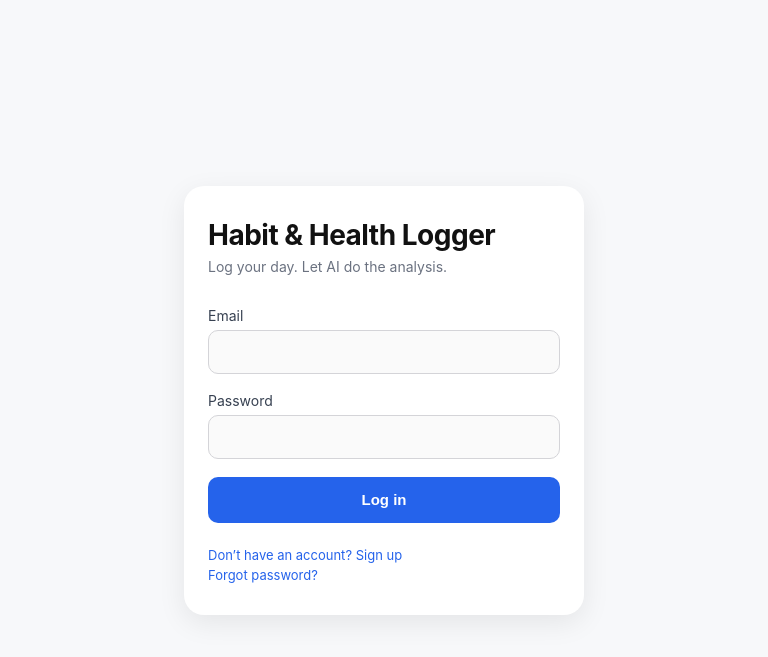
Repository: rawanwehbe6/habit-health-logger
Page: HHL-client/index.html
An editor plug-in stored every save of this project. The page is shown before and after the next save, followed by the edit.
The browser window is 768 px wide. The pictures show the whole page.

Above is the page before, as saved 2025-11-15 23:50:22.

After the next save:
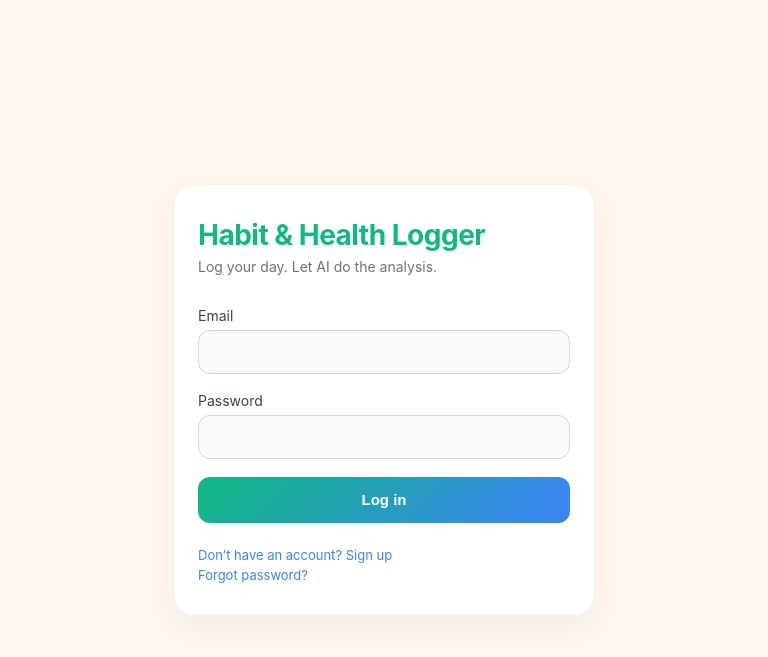
Saved 100 s later.
--- a/HHL-client/assets/css/style.css
+++ b/HHL-client/assets/css/style.css
@@ -1,6 +1,6 @@
-/* ------------------------------
+/* ---------------------------------------------------
    Base reset & typography
---------------------------------*/
+---------------------------------------------------*/
 
 *,
 *::before,
@@ -11,14 +11,14 @@
 body {
   margin: 0;
   font-family: Inter, system-ui, sans-serif;
-  background: #f7f8fa;
+  background: #FFF7ED; /* soft peach */
   color: #111;
   -webkit-font-smoothing: antialiased;
 }
 
-/* ------------------------------
+/* ---------------------------------------------------
    Auth layout
---------------------------------*/
+---------------------------------------------------*/
 
 .auth-body {
   min-height: 100vh;
@@ -31,16 +31,16 @@ body {
 .auth-layout {
   width: 100%;
   max-width: 880px;
-  background: #fff;
+  background: #ffffff;
   display: flex;
   border-radius: 20px;
   overflow: hidden;
-  box-shadow: 0 8px 28px rgba(0, 0, 0, 0.08);
+  box-shadow: 0 10px 30px rgba(0, 0, 0, 0.06);
 }
 
-/* ------------------------------
-   Left: login card
---------------------------------*/
+/* ---------------------------------------------------
+   Left: login form
+---------------------------------------------------*/
 
 .auth-card {
   flex: 1;
@@ -52,6 +52,7 @@ body {
   font-size: 28px;
   font-weight: 700;
   letter-spacing: -0.5px;
+  color: #10B981; /* mint */
 }
 
 .app-subtitle {
@@ -82,15 +83,15 @@ body {
 .form-group input {
   height: 44px;
   padding: 0 12px;
-  border: 1px solid #d4d4d8;
-  border-radius: 10px;
+  border: 1px solid #d1d5db;
+  border-radius: 12px;
   font-size: 14px;
   background: #fafafa;
   transition: border-color 0.15s ease, background 0.15s ease;
 }
 
 .form-group input:focus {
-  border-color: #2563eb;
+  border-color: #3B82F6; /* sky blue */
   background: #fff;
   outline: none;
 }
@@ -100,21 +101,21 @@ body {
 .btn-primary {
   height: 46px;
   border: none;
-  border-radius: 10px;
-  background: #2563eb;
+  border-radius: 12px;
+  background: linear-gradient(135deg, #10B981, #3B82F6); /* mint to blue */
   color: #fff;
   font-weight: 600;
   font-size: 15px;
   cursor: pointer;
-  transition: background 0.15s ease, transform 0.12s ease;
+  transition: opacity 0.15s ease, transform 0.12s ease;
 }
 
 .btn-primary:hover {
-  background: #1e4fc7;
+  opacity: 0.92;
 }
 
 .btn-primary:active {
-  transform: scale(0.98);
+  transform: scale(0.97);
 }
 
 /* Links */
@@ -128,24 +129,28 @@ body {
 }
 
 .auth-link {
-  color: #2563eb;
+  color: #3B82F6; /* sky blue */
   text-decoration: none;
-  transition: color 0.15s ease;
 }
 
 .auth-link:hover {
-  color: #1e4fc7;
+  text-decoration: underline;
 }
 
-/* ------------------------------
-   Right: promo panel
---------------------------------*/
+/* ---------------------------------------------------
+   Right side — colorful fun panel
+---------------------------------------------------*/
 
 .auth-side {
   width: 320px;
   padding: 48px 32px;
-  background: #f3f4f6;
-  border-left: 1px solid #e5e7eb;
+  background: linear-gradient(
+    135deg,
+    #3B82F6 0%,   /* blue */
+    #8B5CF6 50%,  /* purple */
+    #10B981 100%  /* mint */
+  );
+  color: #ffffff;
   display: flex;
   flex-direction: column;
   justify-content: center;
@@ -153,25 +158,25 @@ body {
 
 .auth-side h2 {
   margin: 0 0 12px 0;
-  font-size: 20px;
-  font-weight: 600;
+  font-size: 22px;
+  font-weight: 700;
 }
 
 .auth-side ul {
   margin: 0;
   padding-left: 20px;
-  color: #4b5563;
   font-size: 14px;
+  color: #f0f9ff;
 }
 
-/* ------------------------------
+/* ---------------------------------------------------
    Responsive
---------------------------------*/
+---------------------------------------------------*/
 
 @media (max-width: 900px) {
   .auth-layout {
-    max-width: 400px;
     flex-direction: column;
+    max-width: 420px;
   }
 
   .auth-side {
